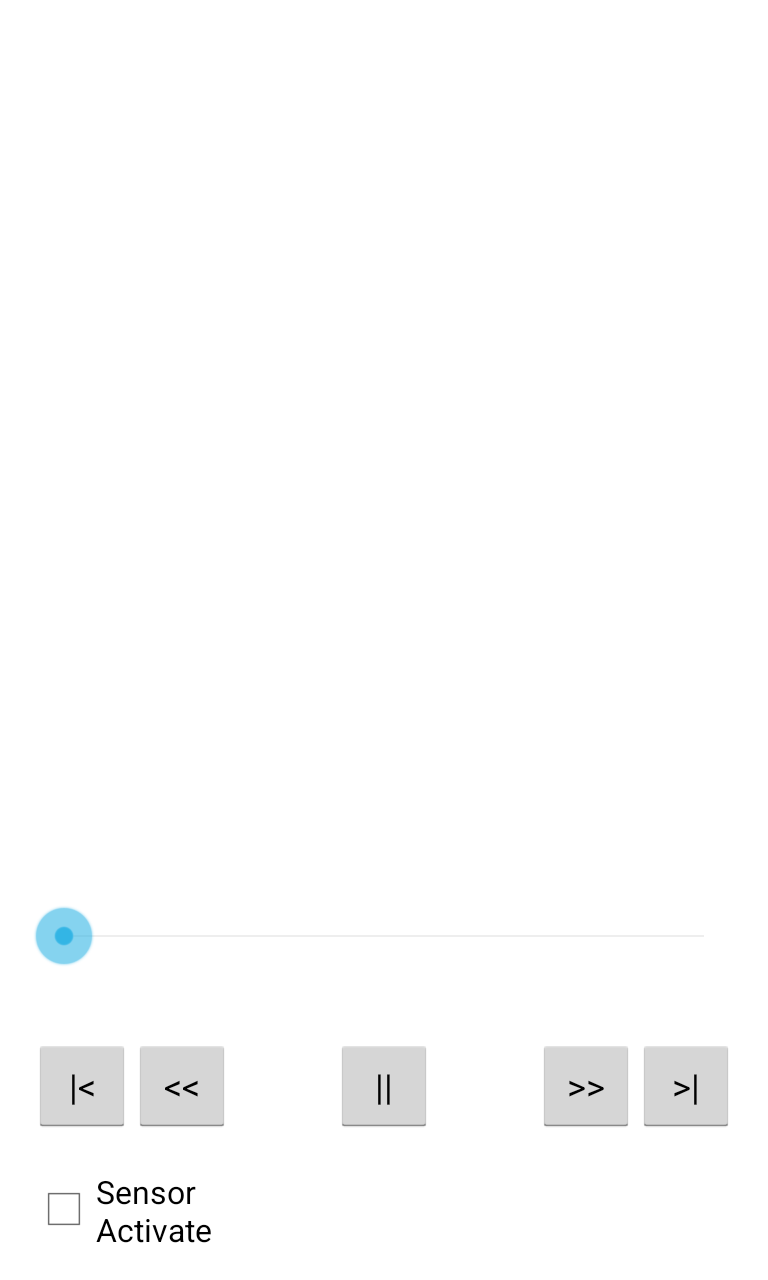
Repository: amittttt/Android-HP
Layout: HpProject/res/layout/activity_player.xml
The author's editor kept a copy of each file at every save. The layout is drawn from the files as they stood at one save, then again after the next save.
It is drawn on a 768 x 1280 px phone screen (xhdpi) without system bars, with theme AppTheme; the app's code is not run.

Above is the layout before, as saved 2016-05-15 17:02:26.

After the next save:
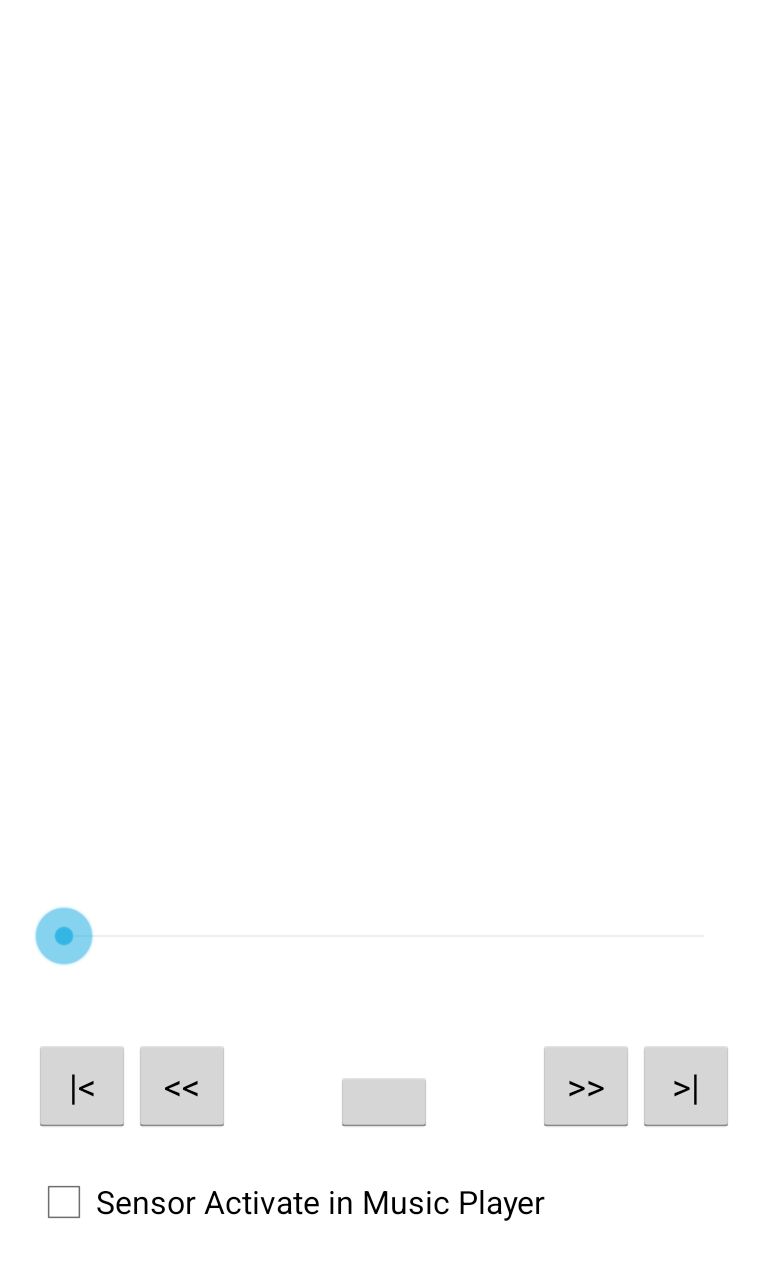
Saved 35 s later.
--- a/HpProject/res/layout/activity_player.xml
+++ b/HpProject/res/layout/activity_player.xml
@@ -16,7 +16,7 @@
         android:layout_alignParentLeft="true"
         android:layout_marginBottom="140dp" />
 
-    <Button
+    <ImageButton
         android:id="@+id/btPlay"
         android:layout_width="50dp"
         android:layout_height="wrap_content"
@@ -65,7 +65,7 @@
         android:id="@+id/checkBox1"
         android:layout_width="wrap_content"
         android:layout_height="wrap_content"
-        android:layout_alignRight="@+id/btFb"
+        android:layout_alignLeft="@+id/btPrev"
         android:layout_below="@+id/btPrev"
         android:layout_marginTop="18dp"
         android:text="Sensor Activate in Music Player" />
